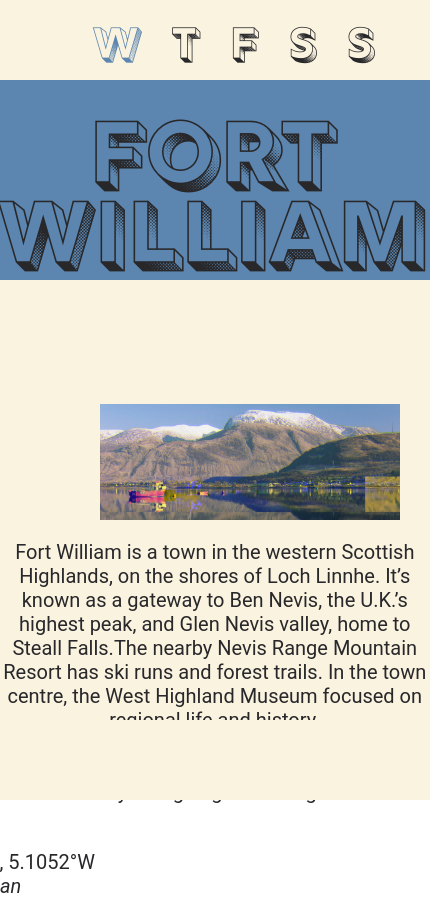
Repository: etak-yram/FINAL-CFG-WEB-DEV
Page: wednesday.html
An editor plug-in stored every save of this project. The page is shown before and after the next save, followed by the edit.
The browser window is 375 px wide. The page is 430 px wide, so the pictures cover 430 px, including what lies to the right of the window. The pictures show the whole page.

Above is the page before, as saved 2022-07-27 13:35:12.

### wednesday.html
<!DOCTYPE html>
<html lang="en">

<style>
    #menu-item-wed {
    color: #5c86af;
}

    #aside-color-w {
    background-color: #5c86af;
}

    #aside-text-wed {
        font-size: 6em;
    }

    #aside-text-wed {
        font-size: 6em;
    }
</style>

<head>
    <meta charset="UTF-8">
    <meta http-equiv="X-UA-Compatible" content="IE=edge">
    <meta name="viewport" content="width=device-width, initial-scale=1.0">
    <link rel="stylesheet" type="text/css" href="style-main.css"/>

    <title>WED</title>
</head>
<body>
        <aside id="aside-color-w">
            <div class="aside-text-h" id="aside-text-wed">
                <h1>Fort<br>William</h1>
            </div>
        </aside>

        <subtext>
            <p class="sub-text">56.8198° N, 5.1052°W<br><em>An Gearasdan</em></p>
        </subtext>

        <header>
            <ul class="navbar">
                <li><a href="/wednesday.html" id="menu-item-wed" class="menu-item">Wed</a></li>
                <li><a href="/thursday.html" id="menu-item-thu" class="menu-item">Thu</a></li>
                <li><a href="/friday.html" id="menu-item-fri" class="menu-item">Fri</a></li>
                <li><a href="/saturday.html" id="menu-item-sat" class="menu-item">Sat</a></li>
                <li><a href="/sunday.html" id="menu-item-sun" class="menu-item">Sun</a></li>
            </ul>
        </header>



        <mobile-header>
            <ul class="mobile-navbar">
                <li><a href="/wednesday.html" id="menu-item-wed" class="menu-item">W</a></li>
                <li><a href="/thursday.html" id="menu-item-thu" class="menu-item">T</a></li>
                <li><a href="/friday.html" id="menu-item-fri" class="menu-item">F</a></li>
                <li><a href="/saturday.html" id="menu-item-sat" class="menu-item">S</a></li>
                <li><a href="/sunday.html" id="menu-item-sun" class="menu-item">S</a></li>
            </ul>
        </mobile-header>



        <main-img>
            <div>
                <img class="home-image" src="/images/Fort William.png">
            </div>
        </main-img>

        <main><p>Fort William is a town in the western Scottish Highlands, on the shores of Loch Linnhe. It’s known as a gateway to Ben Nevis, the U.K.’s highest peak, and Glen Nevis valley, home to Steall Falls.The nearby Nevis Range Mountain Resort has ski runs and forest trails. In the town centre, the West Highland Museum focused on regional life and history.<br><br>
        We will travel through the stunning Glencoe on the way - It's going to be magical ♡</p></main>

        <footer></footer>

        <rightside></rightside>

</html>

### style-main.css
@font-face {
  font-family: halftone;
  src: url("/fonts/MyFontsWebfontsKit/webFonts/RigBoldHalftone/font.woff");
}
@import url('https://fonts.googleapis.com/css2?family=Roboto:wght@100&display=swap');
/* font-family: 'Roboto', sans-serif; */

body, html {
  height: 100vh;
}


body {
  margin: 0;
  display: grid;
  grid-template-columns: 21% 15% 20% 30% 21% ;
  grid-template-rows: 10% auto auto 10%;
  grid-template-areas:
    "sidebar subtext header header aside"
    "sidebar subtext main-img main-img aside"
    "sidebar subtext main main aside"
    "sidebar footer footer footer aside";
}


/* right sidebar */

rightside {
  grid-area: aside;
  background-color:#faf3e0;
}

/* sidebar */
aside {
  grid-area: sidebar;
}

.aside-text-h {
  transform: rotate(-90deg);
  transform-origin:bottom right;
  padding-top: 100px;
}

.aside-text-h h1 {
  font-family: halftone;
  color: #28282B;
  line-height: 130px;
}

/* subtext */

subtext {
  grid-area: subtext;
  background-color:#faf3e0;
}

.sub-text {
  font-family: 'Roboto', sans-serif;
  color:#28282B;
  font-size: 25px;
  transform: rotate(-90deg);
  transform-origin:bottom;
  padding-top: 550px;
  margin-left: -100px;
}


/* navbar */



header {
  grid-area: header;
  background-color:#faf3e0;
}


.navbar {
  display: flex;
  list-style: none;
  justify-content: center;
  justify-items: center;

}

.navbar a {
  font-family: halftone;
  text-decoration: none;
  color: #28282B;
  font-size: 4rem;
  padding: 20px;
}

#menu-item-wed:hover {
	color: #5c86af;
}
#menu-item-thu:hover {
	color: #ff914d;
}
#menu-item-fri:hover {
	color: #ffde59;
}
#menu-item-sat:hover {
	color: #03989e;
}
#menu-item-sun:hover {
	color: #b071c2;
}

/* main image  */

main-img {
  grid-area: main-img;
  background-color:#faf3e0;
  display: flex;
  align-items: center;
  padding-left: 100px;
  padding-top: 100px;
}

.home-image {
  width: 800px;
}


/* paragraph of info */
main {
  grid-area: main;
  background-color: #faf3e0;
  text-align: center;
}

main p {
  font-family: 'Roboto', sans-serif;
  color:#28282B;
  font-size: 20px;
}


/* footer */
footer {
  grid-area: footer;
  background-color:#faf3e0;
}





























/* Media Queries */

/* Extra small devices (phones, 600px and down) */
@media only screen and (max-width: 600px) {

  body {
    margin: 0;
    display: grid;
    grid-template-columns: 1fr;
    grid-template-rows: 10% 25% 10% 20% 25% 10%;
    grid-template-areas:
      "header"
      "sidebar"
      "subtext"
      "main-img"
      "main"
      "footer";
  }

  header {
    display: none;
    padding: none;
  }

  mobile-header {
    grid-area: header;
    background-color:#faf3e0;
  }


  .mobile-navbar {
    display: flex;
    list-style: none;
    justify-content: center;
    justify-items: center;

  }

  .mobile-navbar a {
    font-family: halftone;
    text-decoration: none;
    color: #28282B;
    font-size: 3rem;
    padding: 15px;

  }


/* sidebar */
aside {
  grid-area: sidebar;
  display: flex;
  justify-content: center;
  align-items: center;
  padding-bottom: 60px;
  text-align: center;
}


.aside-text-h h1 {
  font-family: halftone;
  color: #28282B;
  font-size: 1em;
  line-height: 80px;
}


.aside-text-h {
  transform: none;
  transform-origin: none;
}


/* subtext */

subtext {
  grid-area: subtext;
  background-color:#faf3e0;
}

.sub-text {
  font-family: 'Roboto', sans-serif;
  color:#28282B;
  font-size: 20px;
  transform: none;
}





/* main image  */

main-img {
  grid-area: main-img;
  background-color:#faf3e0;
  display: flex;
  align-items: center;
}

.home-image {
  width: 80vw;
}


/* paragraph of info */
main {
  grid-area: main;
  background-color: #faf3e0;
  text-align: center;
}

main p {
  font-family: 'Roboto', sans-serif;
  color:#28282B;
  font-size: 20px;
}


/* footer */
footer {
  grid-area: footer;
  background-color:#faf3e0;
}


  }

/* Small devices (portrait tablets and large phones, 600px and up) */
@media only screen and (min-width: 600px) {}
/* Medium devices (landscape tablets, 768px and up) */
@media only screen and (min-width: 768px) {}

/* Large devices (laptops/desktops, 992px and up) */
@media only screen and (min-width: 992px) {
  mobile-header {
    display: none;
  }
}

/* Extra large devices (large laptops and desktops, 1200px and up) */
@media only screen and (min-width: 1200px) {
  mobile-header {
    display: none;
  }
}

After the next save:
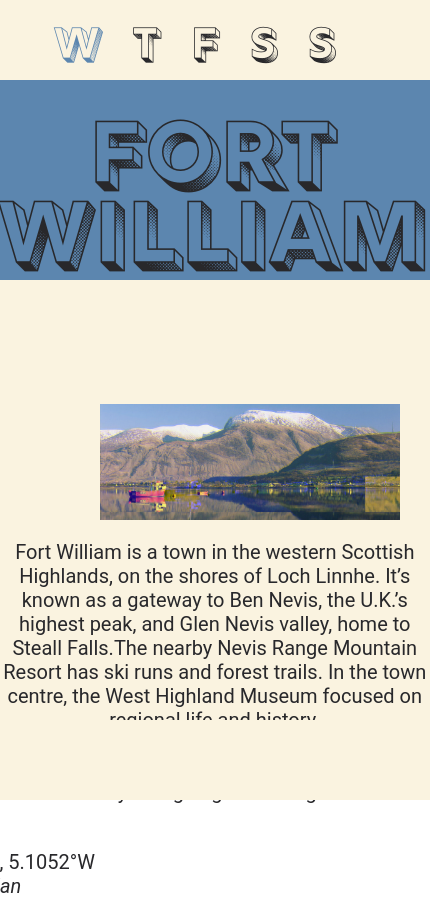
Saved 12 s later.
--- a/style-main.css
+++ b/style-main.css
@@ -204,8 +204,8 @@ footer {
   .mobile-navbar {
     display: flex;
     list-style: none;
-    justify-content: center;
-    justify-items: center;
+    /* justify-content: center;
+    justify-items: center; */
 
   }
 
